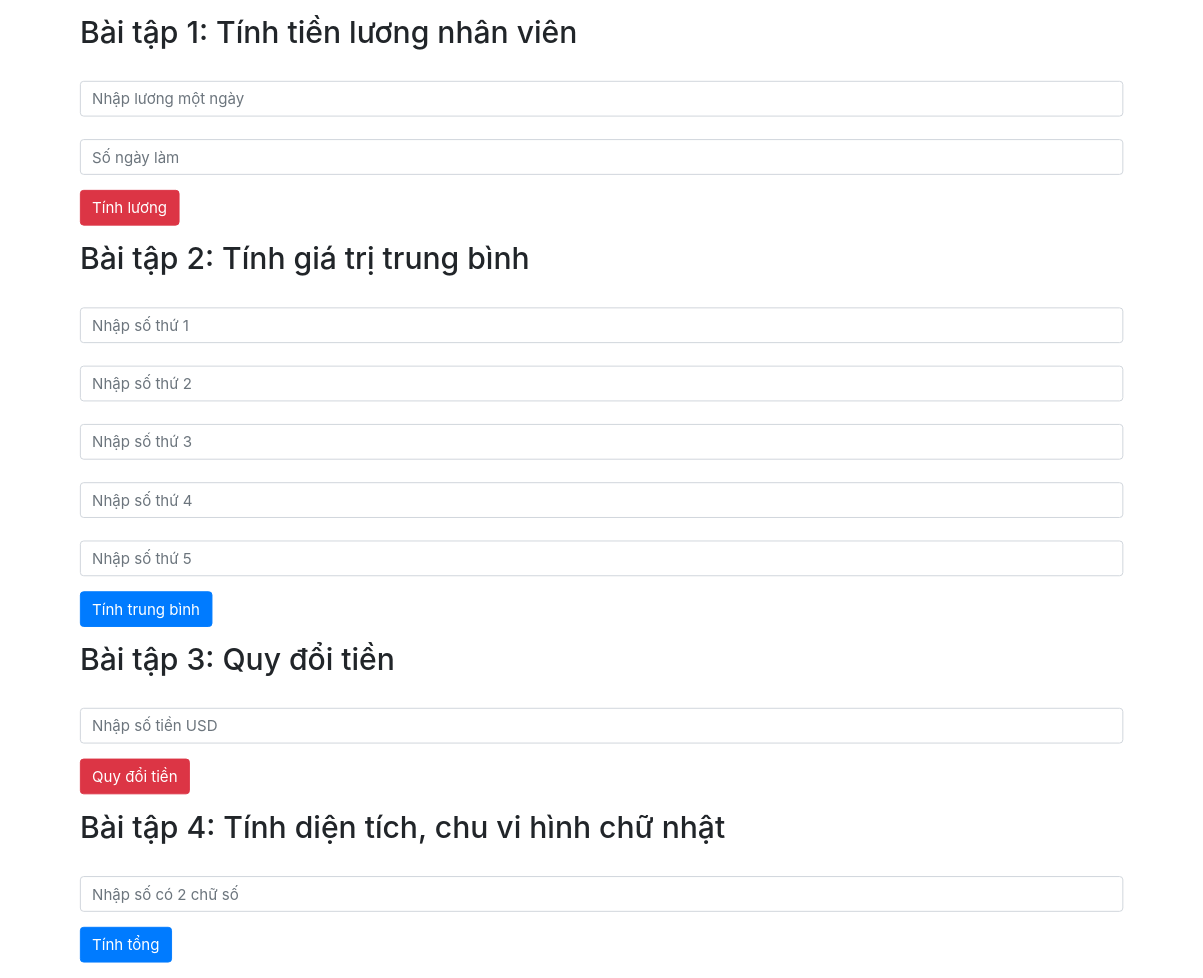
Repository: thanhfrankie/BC10-LeMinhThanh-Js-b2-3
Page: index.html
These files come from the project's save history. The page is drawn as it stood at one moment and after the next save; the edit follows.
The browser window is 1280 px wide. The pictures show the whole page, at 94% of full size.

Above is the page before, as saved 2023-12-15 16:07:27.

After the next save:
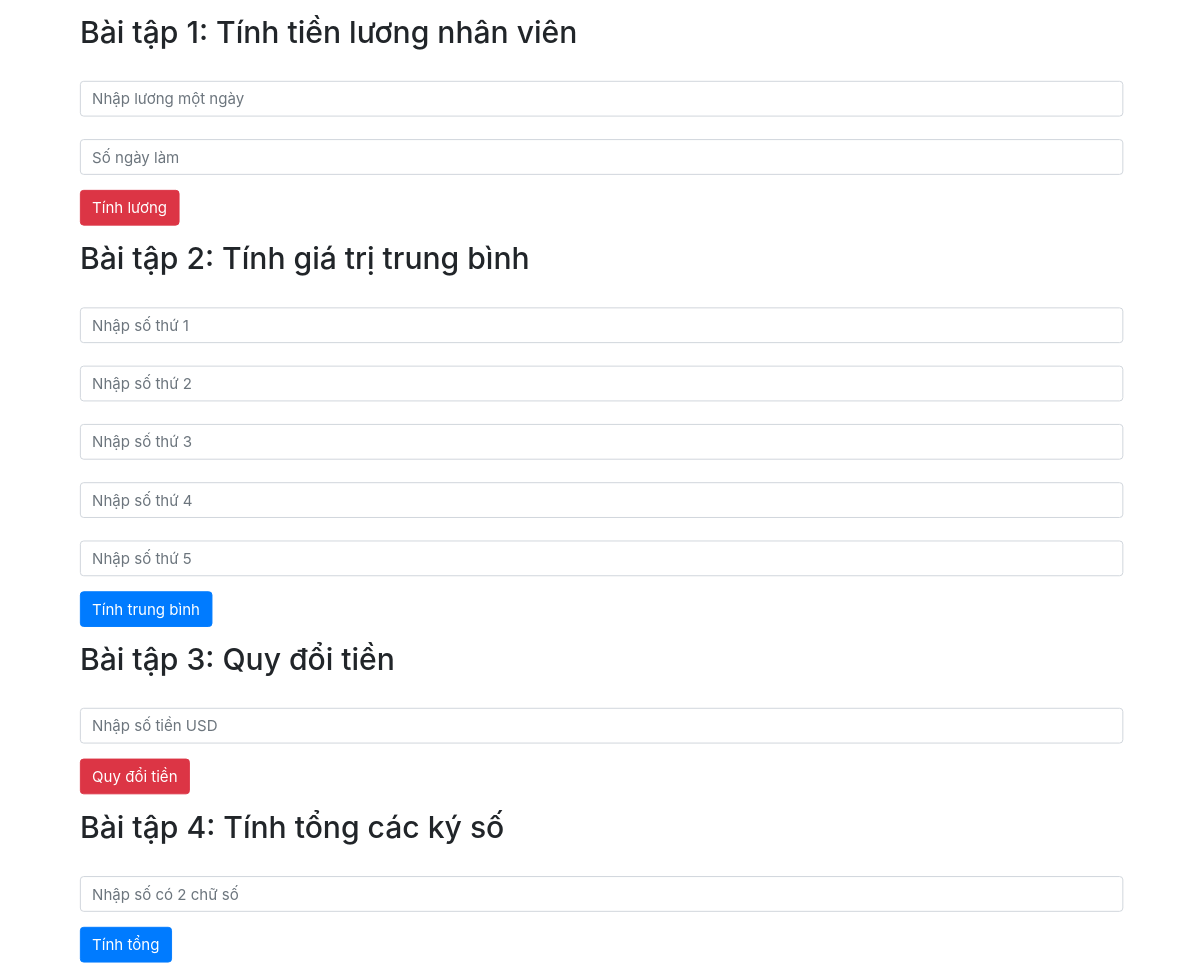
Saved 34 s later.
--- a/index.html
+++ b/index.html
@@ -132,7 +132,7 @@
 
     <!-- Bài tập 4 -->
     <div class="container">
-      <h2 class="mt-3">Bài tập 4: Tính diện tích, chu vi hình chữ nhật</h2>
+      <h2 class="mt-3">Bài tập 4: Tính tổng các ký số</h2>
       <div class="form-group">
         <label for="so"></label>
         <input

After the save that followed:
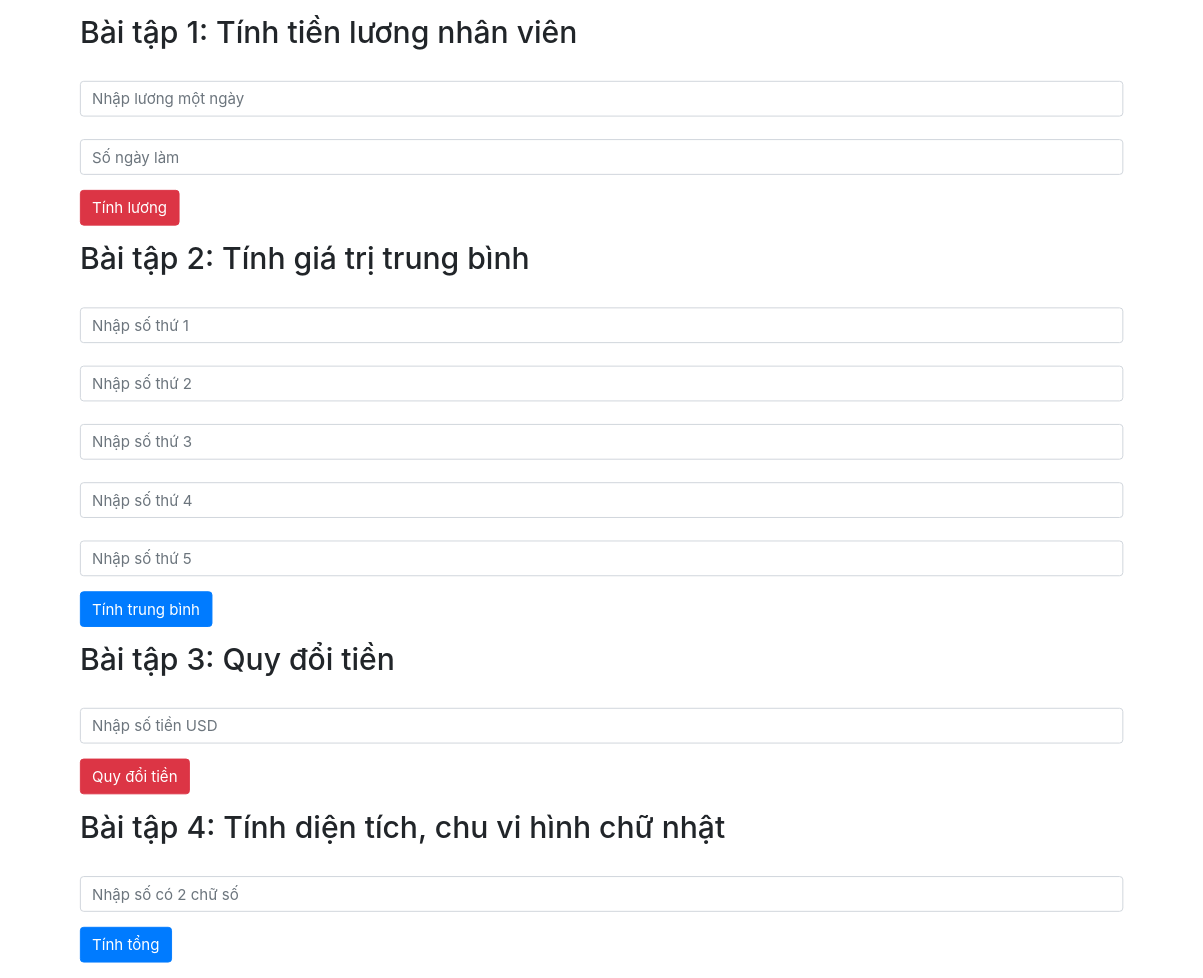
Saved 15 s later.
--- a/index.html
+++ b/index.html
@@ -132,7 +132,7 @@
 
     <!-- Bài tập 4 -->
     <div class="container">
-      <h2 class="mt-3">Bài tập 4: Tính tổng các ký số</h2>
+      <h2 class="mt-3">Bài tập 4: Tính diện tích, chu vi hình chữ nhật</h2>
       <div class="form-group">
         <label for="so"></label>
         <input
@@ -149,7 +149,7 @@
           Tính tổng
         </button>
       </div>
-      <h2 id="tinh-tong-trung-binh"></h2>
+      <h2 id="t"></h2>
     </div>
     <!-- Optional JavaScript -->
     <!-- jQuery first, then Popper.js, then Bootstrap JS -->
